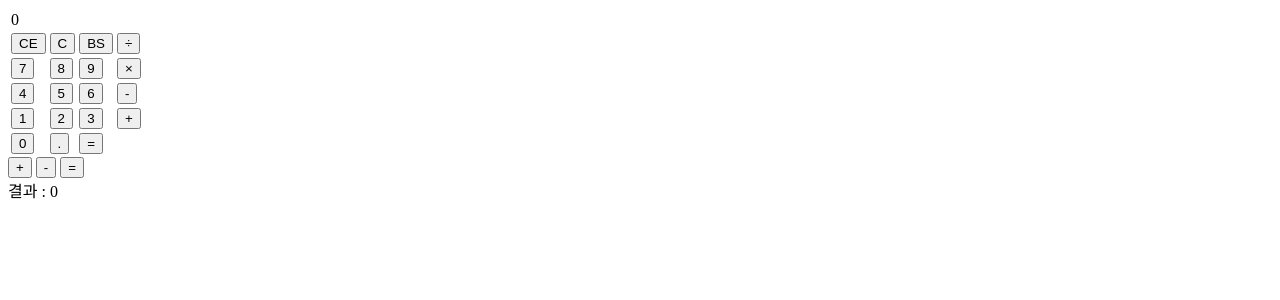
Repository: yunBibi/newlecture_jsp
Page: Test/src/main/webapp/calc3.html
An editor plug-in stored every save of this project. The page is shown before and after the next save, followed by the edit.
The browser window is 1280 px wide. The pictures show the whole page.

Above is the page before, as saved 2021-12-04 07:20:06.

### Test/src/main/webapp/calc3.html
<!DOCTYPE html>
<html>
<head>
<meta charset="UTF-8">
<title>Insert title here</title>
</head>
<body>
	<form action="calc3" method="post">
		<table>
			<tr>
				<td colspan="4">0</td>
			</tr>
			<tr>
				<td><input type="submit" name="operator" value="CE" /></td>
				<td><input type="submit" name="operator" value="C" /></td>
				<td><input type="submit" name="operator" value="BS" /></td>
				<td><input type="submit" name="operator" value="÷" /></td>
			</tr>
			<tr>
				<td><input type="submit" name="operator" value="7" /></td>
				<td><input type="submit" name="operator" value="8" /></td>
				<td><input type="submit" name="operator" value="9" /></td>
				<td><input type="submit" name="operator" value="×" /></td>
			</tr>
			<tr>
				<td><input type="submit" name="operator" value="4" /></td>
				<td><input type="submit" name="operator" value="5" /></td>
				<td><input type="submit" name="operator" value="6" /></td>
				<td><input type="submit" name="operator" value="-" /></td>
			</tr>
			<tr>
				<td><input type="submit" name="operator" value="1" /></td>
				<td><input type="submit" name="operator" value="2" /></td>
				<td><input type="submit" name="operator" value="3" /></td>
				<td><input type="submit" name="operator" value="+" /></td>
			</tr>
			<tr>
				<td><input type="submit" name="operator" value="0" /></td>
				<td><input type="submit" name="operator" value="." /></td>
				<td><input type="submit" name="operator" value="=" /></td>
			</tr>

		</table>
		<div>
			<input type="submit" name="operator" value="+" />
			<input type="submit" name="operator" value="-" />
			<input type="submit" name="operator" value="=" />
		</div>
		<div>
			결과 : 0
		</div>
	</form>
</body>
</html>

After the next save:
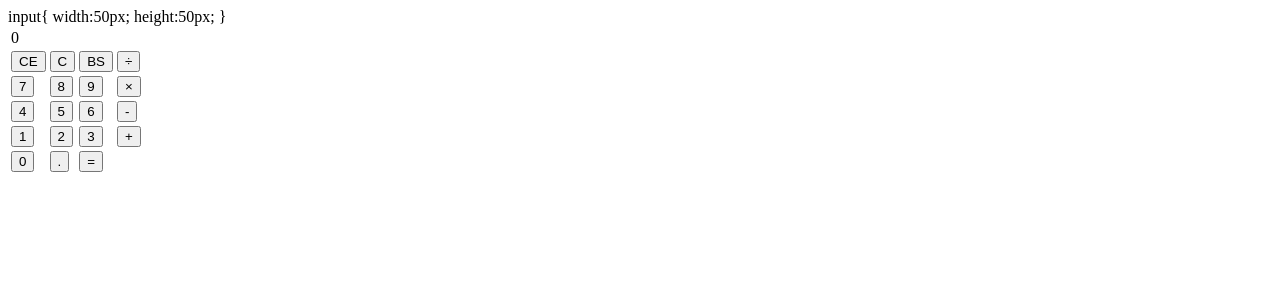
Saved 49 s later.
--- a/Test/src/main/webapp/calc3.html
+++ b/Test/src/main/webapp/calc3.html
@@ -3,6 +3,12 @@
 <head>
 <meta charset="UTF-8">
 <title>Insert title here</title>
+<stye>
+input{
+	width:50px;
+	height:50px;
+}
+</stye>
 </head>
 <body>
 	<form action="calc3" method="post">
@@ -41,14 +47,6 @@
 			</tr>
 
 		</table>
-		<div>
-			<input type="submit" name="operator" value="+" />
-			<input type="submit" name="operator" value="-" />
-			<input type="submit" name="operator" value="=" />
-		</div>
-		<div>
-			결과 : 0
-		</div>
 	</form>
 </body>
 </html>
